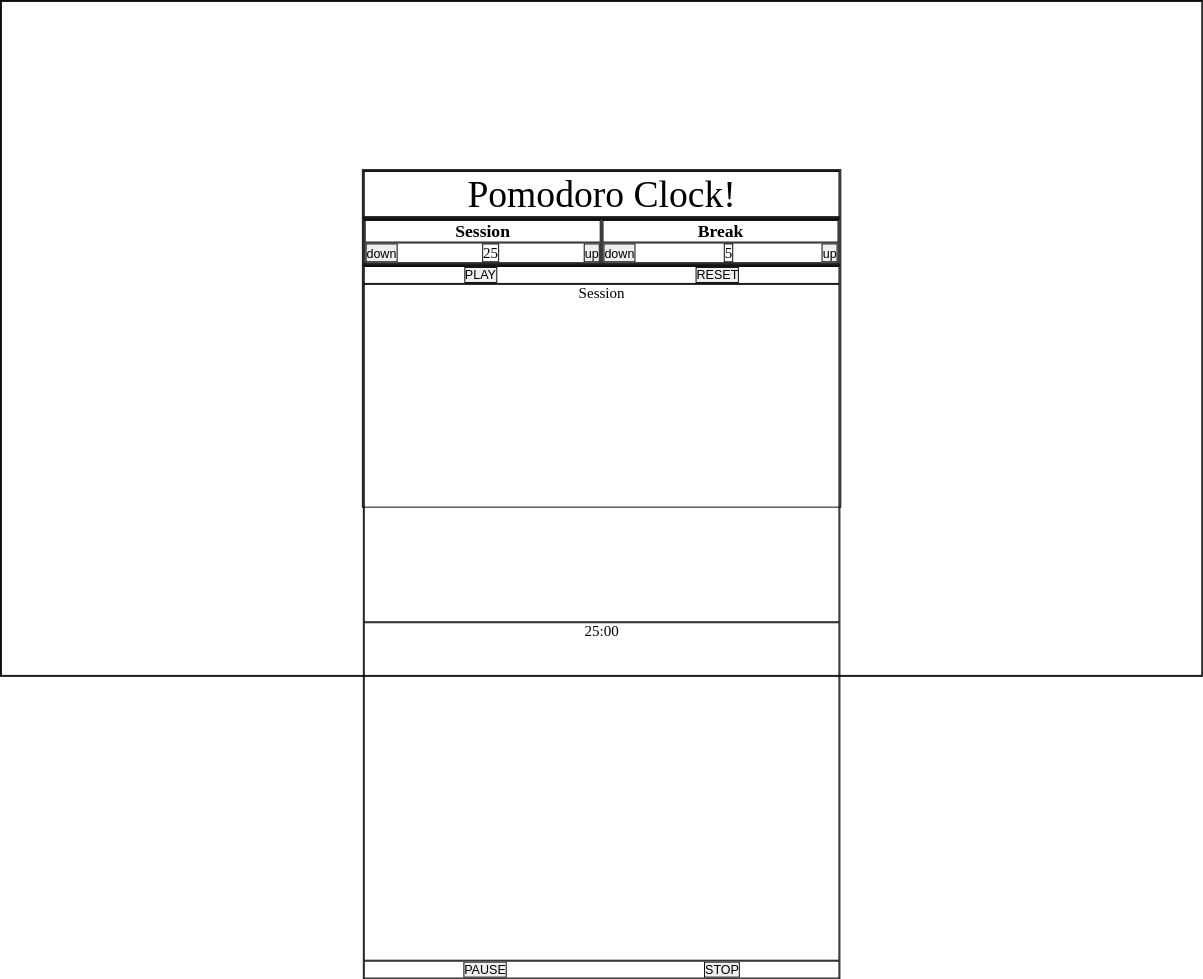
Repository: mcostigliola/pomodoroTimer
Page: index.html
These files come from the project's save history. The page is drawn as it stood at one moment and after a run of saves; the edit follows.
The browser window is 1280 px wide. The pictures show the whole page, at 94% of full size.

Above is the page before, as saved 2020-06-05 19:47:47.

After the next 2 saves:
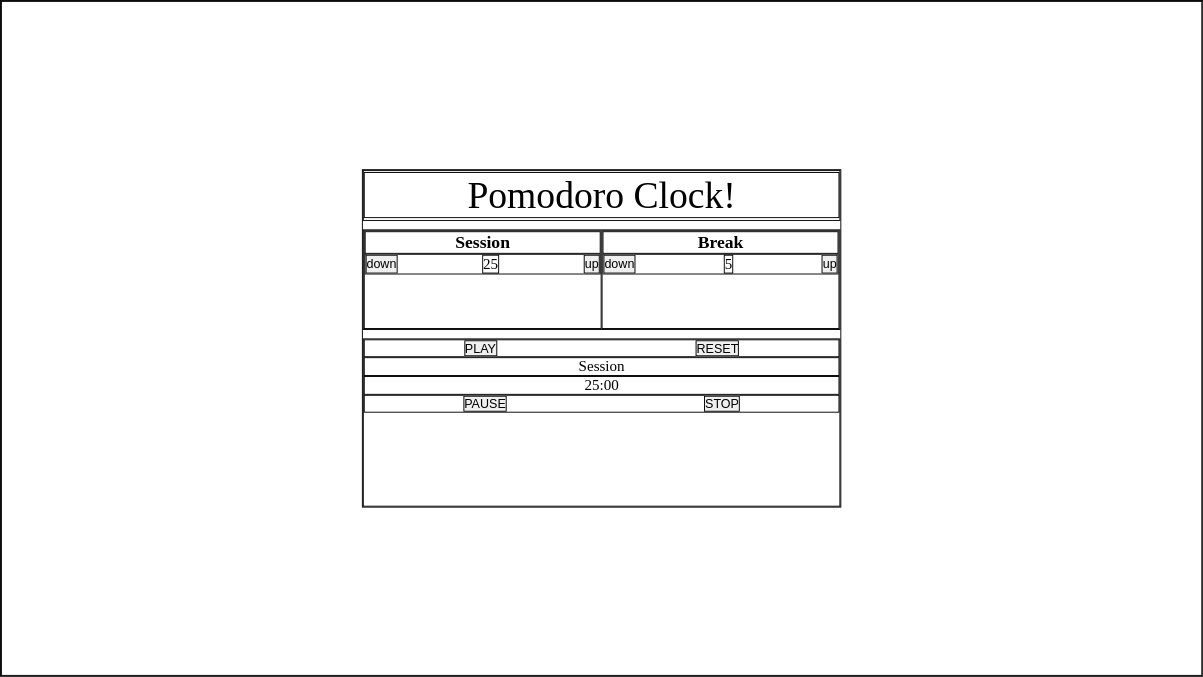
The 2 saves are shown as one change because they came seconds apart.
The last was saved 55 s later.
--- a/main.css
+++ b/main.css
@@ -29,10 +29,13 @@ body{
     height: 30%;
 }
 
+#timer-container{
+    height: 50%;
+}
+
 #timer-container p{
     display:flex;
     flex-flow: column;
-    height: 50vh;
     text-align: center;
 }
 
